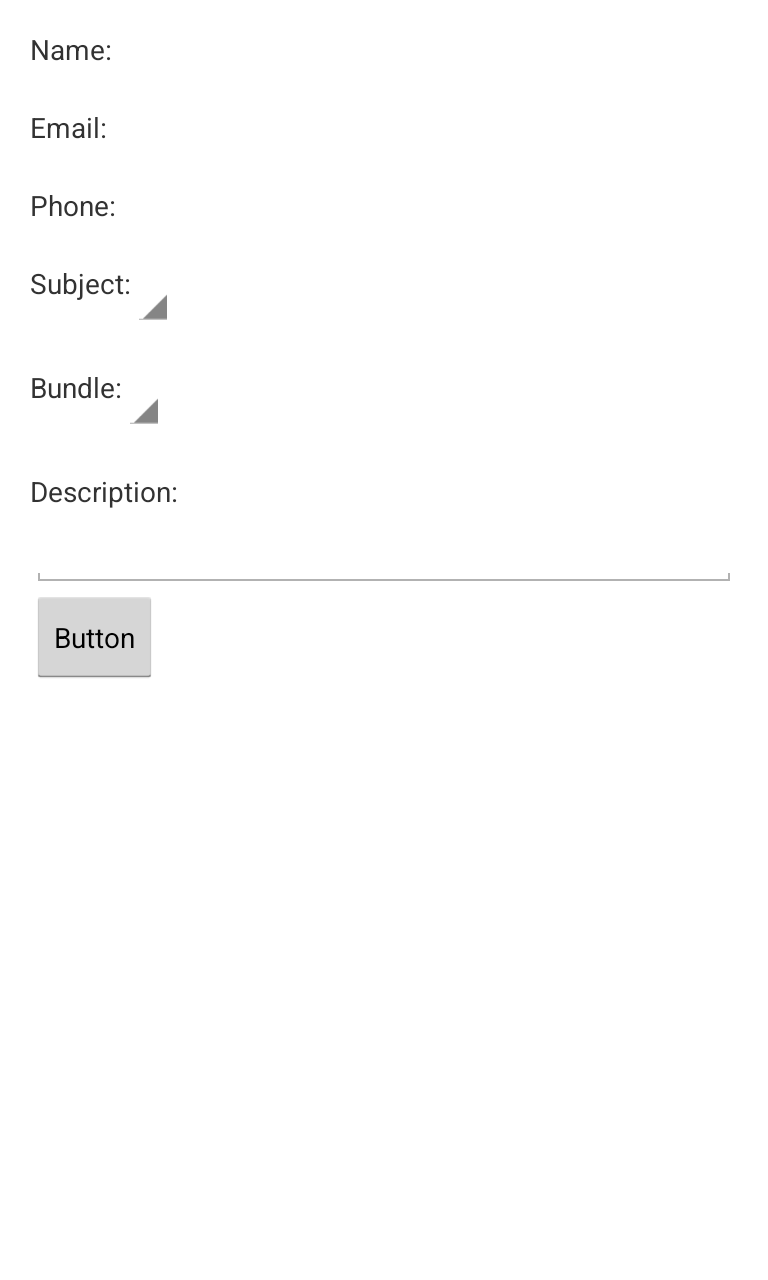
Repository: Pradeep-appstute/First
Layout: Control/res/layout/submit_view.xml
The author's editor kept a copy of each file at every save. The layout is drawn from the files as they stood at one save, then again after the next save.
It is drawn on a 768 x 1280 px phone screen (xhdpi) without system bars, with theme AppTheme; the app's code is not run.

Above is the layout before, as saved 2014-02-27 07:08:52.

After the next save:
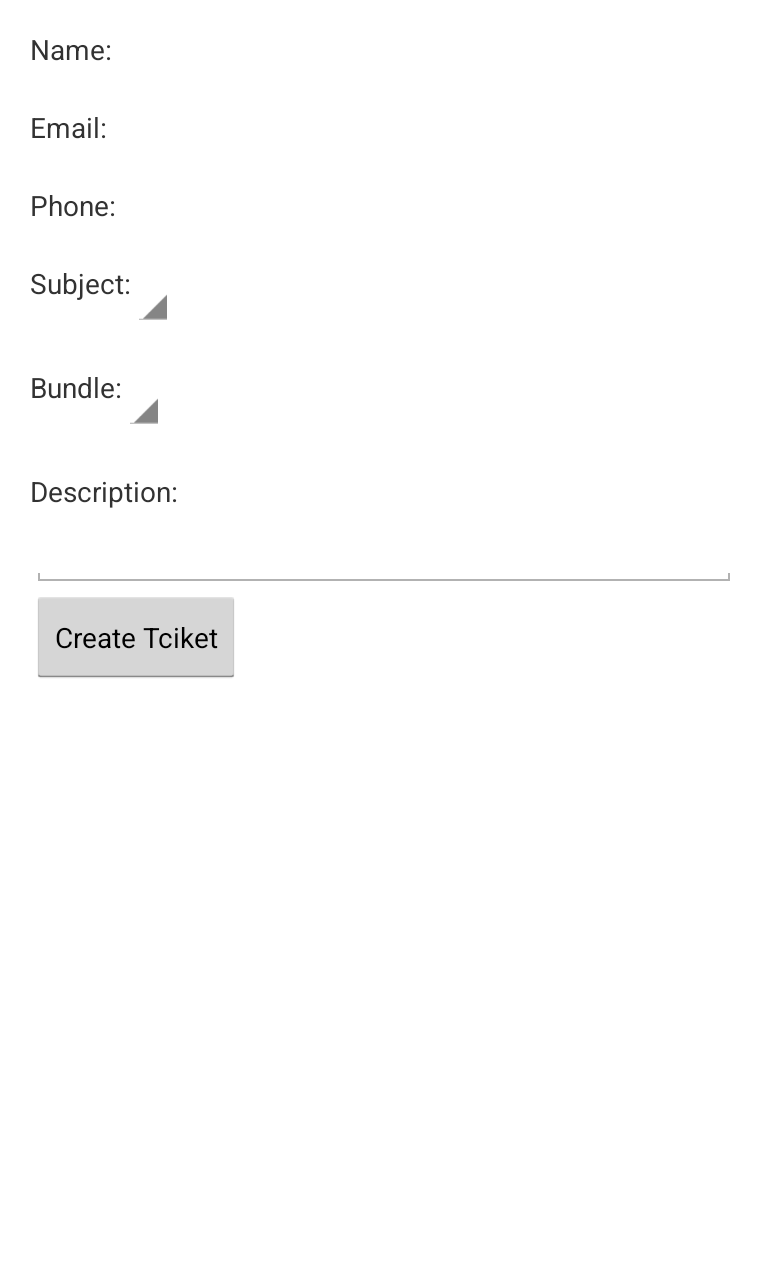
Saved 2 h 14 min later.
--- a/Control/res/layout/submit_view.xml
+++ b/Control/res/layout/submit_view.xml
@@ -117,6 +117,6 @@
         style="?android:attr/buttonStyleSmall"
         android:layout_width="wrap_content"
         android:layout_height="wrap_content"
-        android:text="Button" />
+        android:text="@string/createticket" />
 
 </LinearLayout>
